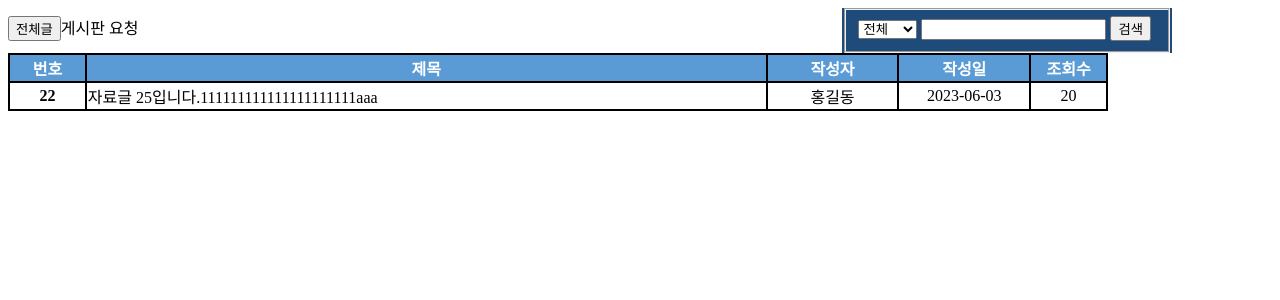
Repository: LJzero-dev/java-study
Page: http://localhost/ktbwos/bbs/request_list.jsp
These files come from the project's save history. The page is drawn as it stood at one moment and after the next save; the edit follows.
The browser window is 1280 px wide. The pictures show the whole page.
The page is served by Tomcat 9.

Above is the page before, as saved 2023-06-10 13:46:42.

After the next save:
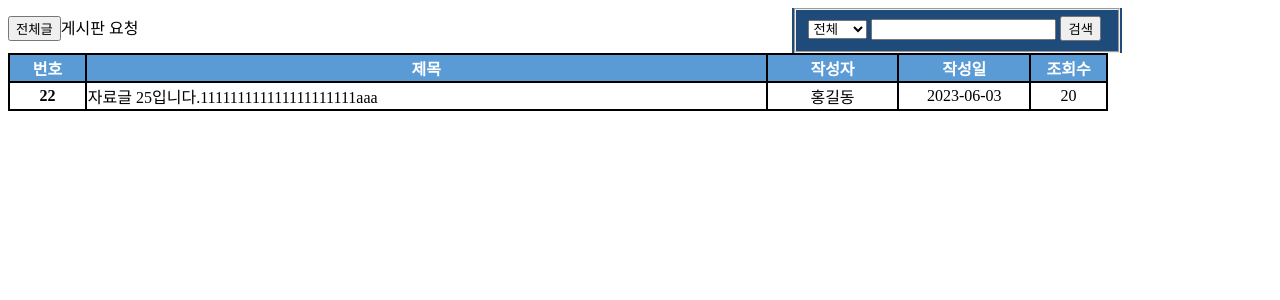
Saved 6 s later.
--- a/web/ktbwos/WebContent/bbs/request_list.jsp
+++ b/web/ktbwos/WebContent/bbs/request_list.jsp
@@ -20,7 +20,7 @@
 
 <div width="1100">
 <input type="button" value="전체글">게시판 요청
-<form style="width:330px; background:#1E4B79; display:inline-block; margin-left: 700px " name="frmSch">
+<form style="width:330px; background:#1E4B79; display:inline-block; margin-left: 650px " name="frmSch">
 <fieldset>
 		<select name="schtype">
 			<option value="all" >전체</option>
